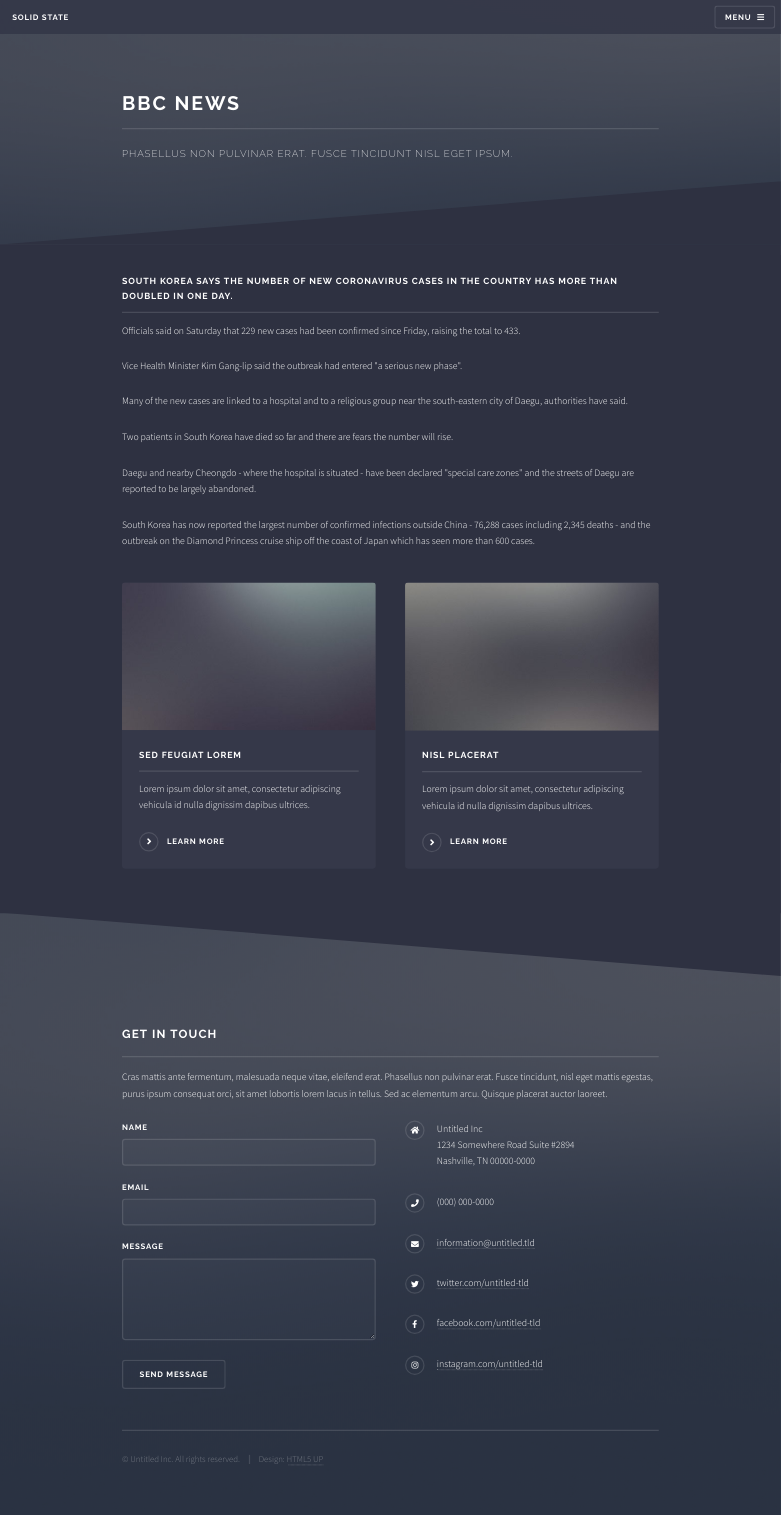
Repository: twoplus/solid_state_gr4
Page: generic.html
The author's editor kept a copy of each file at every save. The page is drawn from the files as they stood at one save, then again after a run of saves.
The browser window is 1280 px wide. The pictures show the whole page, at 61% of full size.
Backgrounds fixed to the window are drawn as part of the page.

Above is the page before, as saved 2020-02-22 12:52:08.

### generic.html
<!DOCTYPE HTML>
<!--
	Solid State by HTML5 UP
	html5up.net | @ajlkn
	Free for personal and commercial use under the CCA 3.0 license (html5up.net/license)
-->
<html>
	<head>
		<title>Generic - Solid State by HTML5 UP</title>
		<meta charset="utf-8" />
		<meta name="viewport" content="width=device-width, initial-scale=1, user-scalable=no" />
		<link rel="stylesheet" href="assets/css/main.css" />
		<noscript><link rel="stylesheet" href="assets/css/noscript.css" /></noscript>
	</head>
	<body class="is-preload">

		<!-- Page Wrapper -->
			<div id="page-wrapper">

				<!-- Header -->
					<header id="header">
						<h1><a href="index.html">Solid State</a></h1>
						<nav>
							<a href="#menu">Menu</a>
						</nav>
					</header>

				<!-- Menu -->
					<nav id="menu">
						<div class="inner">
							<h2>Menu</h2>
							<ul class="links">
								<li><a href="index.html">Home</a></li>
								<li><a href="generic.html">Generic</a></li>
								<li><a href="elements.html">Elements</a></li>
								<li><a href="#">Log In</a></li>
								<li><a href="#">Sign Up</a></li>
							</ul>
							<a href="#" class="close">Close</a>
						</div>
					</nav>

				<!-- Wrapper -->
					<section id="wrapper">
						<header>
							<div class="inner">
								<h2>BBC news</h2>
								<p>Phasellus non pulvinar erat. Fusce tincidunt nisl eget ipsum.</p>
							</div>
						</header>

						<!-- Content -->
							<div class="wrapper">
								<div class="inner">

									<h3 class="major">South Korea says the number of new coronavirus cases in the country has more than doubled in one day.
									</h3>
									<p>

Officials said on Saturday that 229 new cases had been confirmed since Friday, raising the total to 433.
									</p><p>
Vice Health Minister Kim Gang-lip said the outbreak had entered "a serious new phase".
</p><p>
Many of the new cases are linked to a hospital and to a religious group near the south-eastern city of Daegu, authorities have said.
</p><p>
Two patients in South Korea have died so far and there are fears the number will rise.
</p><p>
Daegu and nearby Cheongdo - where the hospital is situated - have been declared "special care zones" and the streets of Daegu are reported to be largely abandoned.
</p><p>
South Korea has now reported the largest number of confirmed infections outside China - 76,288 cases including 2,345 deaths - and the outbreak on the Diamond Princess cruise ship off the coast of Japan which has seen more than 600 cases.
									</p>

									<section class="features">
										<article>
											<a href="#" class="image"><img src="images/pic04.jpg" alt="" /></a>
											<h3 class="major">Sed feugiat lorem</h3>
											<p>Lorem ipsum dolor sit amet, consectetur adipiscing vehicula id nulla dignissim dapibus ultrices.</p>
											<a href="#" class="special">Learn more</a>
										</article>
										<article>
											<a href="#" class="image"><img src="images/pic05.jpg" alt="" /></a>
											<h3 class="major">Nisl placerat</h3>
											<p>Lorem ipsum dolor sit amet, consectetur adipiscing vehicula id nulla dignissim dapibus ultrices.</p>
											<a href="#" class="special">Learn more</a>
										</article>
									</section>

								</div>
							</div>

					</section>

				<!-- Footer -->
					<section id="footer">
						<div class="inner">
							<h2 class="major">Get in touch</h2>
							<p>Cras mattis ante fermentum, malesuada neque vitae, eleifend erat. Phasellus non pulvinar erat. Fusce tincidunt, nisl eget mattis egestas, purus ipsum consequat orci, sit amet lobortis lorem lacus in tellus. Sed ac elementum arcu. Quisque placerat auctor laoreet.</p>
							<form method="post" action="#">
								<div class="fields">
									<div class="field">
										<label for="name">Name</label>
										<input type="text" name="name" id="name" />
									</div>
									<div class="field">
										<label for="email">Email</label>
										<input type="email" name="email" id="email" />
									</div>
									<div class="field">
										<label for="message">Message</label>
										<textarea name="message" id="message" rows="4"></textarea>
									</div>
								</div>
								<ul class="actions">
									<li><input type="submit" value="Send Message" /></li>
								</ul>
							</form>
							<ul class="contact">
								<li class="icon solid fa-home">
									Untitled Inc<br />
									1234 Somewhere Road Suite #2894<br />
									Nashville, TN 00000-0000
								</li>
								<li class="icon solid fa-phone">(000) 000-0000</li>
								<li class="icon solid fa-envelope"><a href="#">information@untitled.tld</a></li>
								<li class="icon brands fa-twitter"><a href="#">twitter.com/untitled-tld</a></li>
								<li class="icon brands fa-facebook-f"><a href="#">facebook.com/untitled-tld</a></li>
								<li class="icon brands fa-instagram"><a href="#">instagram.com/untitled-tld</a></li>
							</ul>
							<ul class="copyright">
								<li>&copy; Untitled Inc. All rights reserved.</li><li>Design: <a href="http://html5up.net">HTML5 UP</a></li>
							</ul>
						</div>
					</section>

			</div>

		<!-- Scripts -->
			<script src="assets/js/jquery.min.js"></script>
			<script src="assets/js/jquery.scrollex.min.js"></script>
			<script src="assets/js/browser.min.js"></script>
			<script src="assets/js/breakpoints.min.js"></script>
			<script src="assets/js/util.js"></script>
			<script src="assets/js/main.js"></script>

	</body>
</html>

Loaded but not shown: assets/js/jquery.min.js (library); assets/js/jquery.scrollex.min.js (common file); assets/css/fontawesome-all.min.css (library); assets/js/browser.min.js (common file); assets/js/breakpoints.min.js (common file); assets/js/util.js (587 lines, source omitted); assets/js/main.js (145 lines, source omitted); assets/css/main.css (4156 lines, source omitted)

After the next 3 saves:
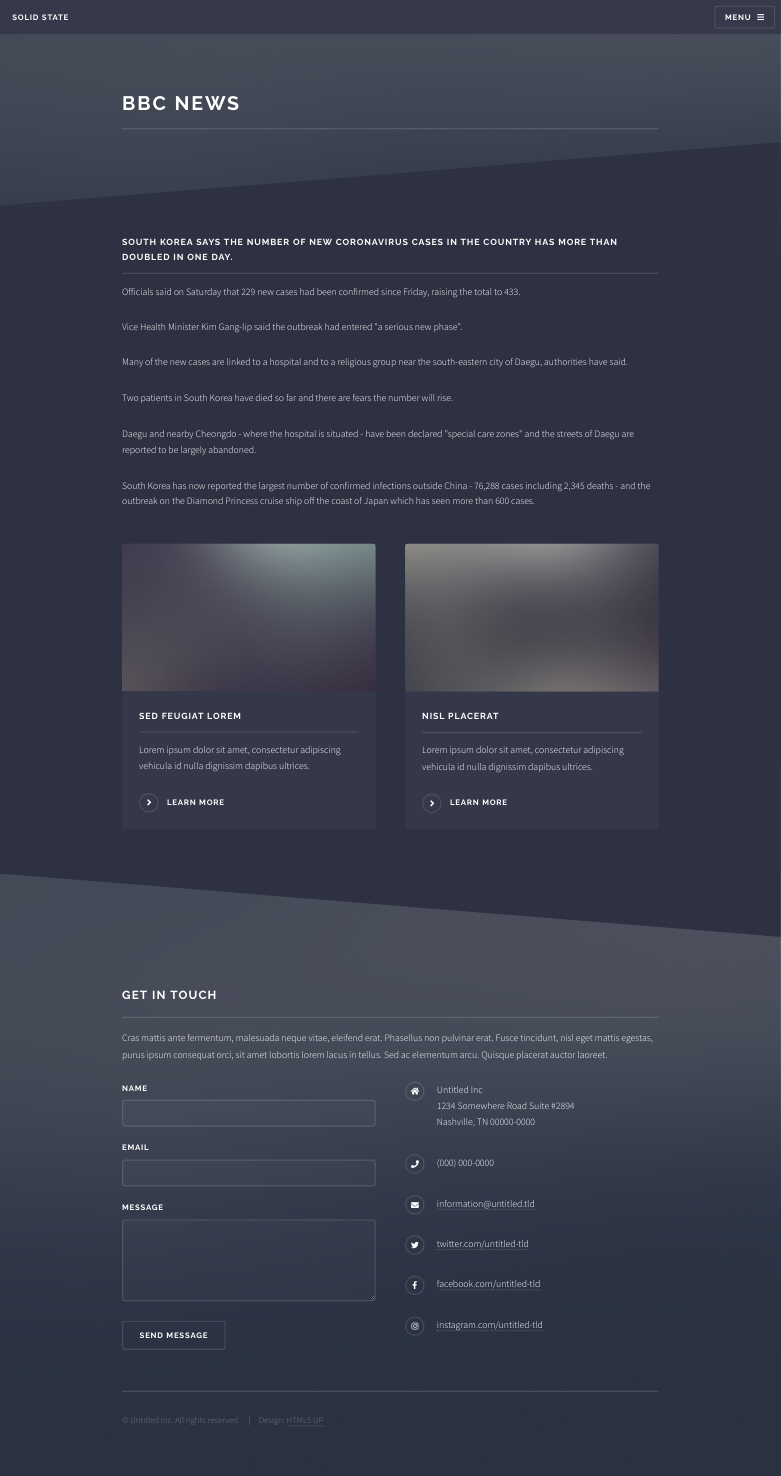
The 3 saves are shown as one change because they came seconds apart.
The last was saved 43 s later.
--- a/generic.html
+++ b/generic.html
@@ -45,7 +45,6 @@
 						<header>
 							<div class="inner">
 								<h2>BBC news</h2>
-								<p>Phasellus non pulvinar erat. Fusce tincidunt nisl eget ipsum.</p>
 							</div>
 						</header>
 
